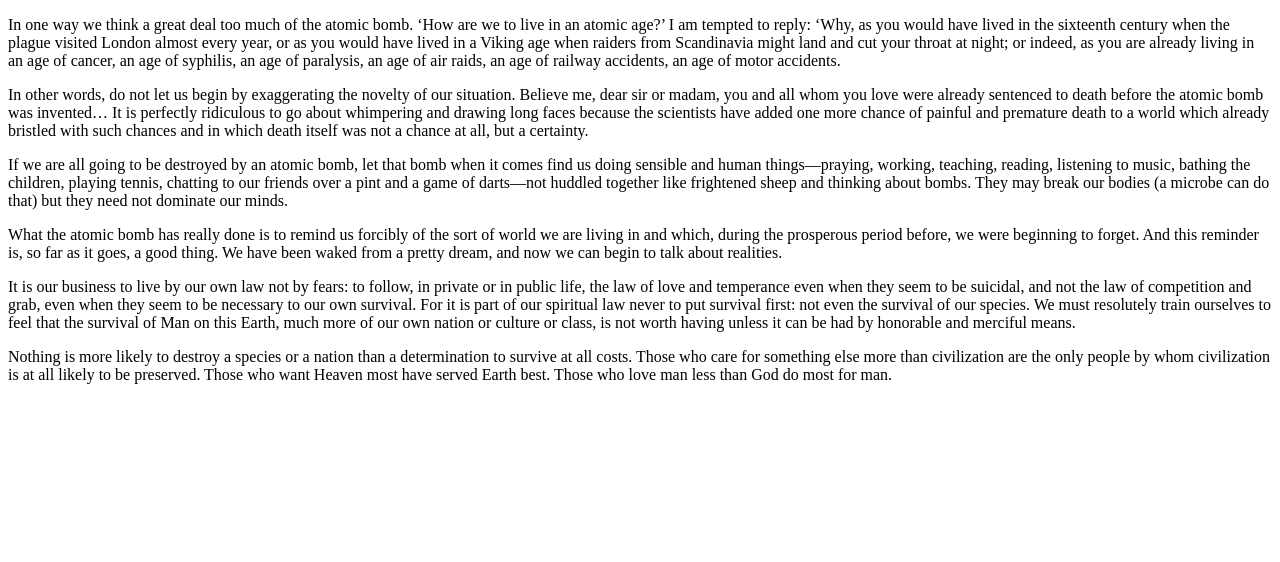
Repository: batmit/FutureFundation.github.io-1
Page: cslewis.html
These files come from the project's save history. The page is drawn as it stood at one moment and after the next save; the edit follows.
The browser window is 1280 px wide. The pictures show the whole page.

Above is the page before, as saved 2021-10-19 17:43:16.

After the next save:
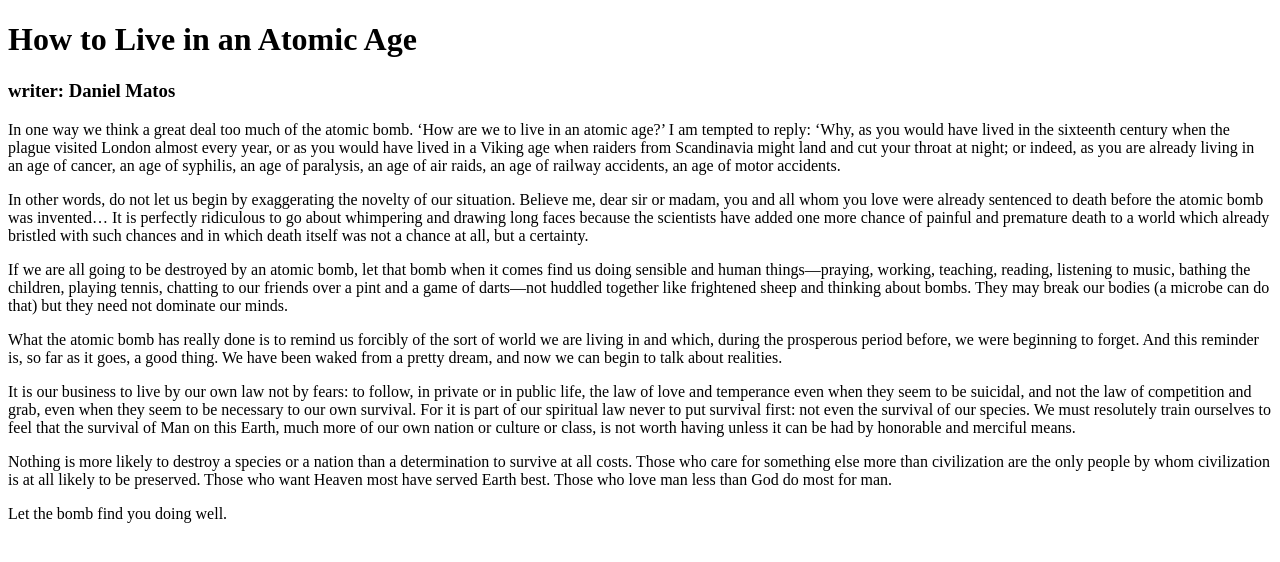
Saved 76 s later.
--- a/cslewis.html
+++ b/cslewis.html
@@ -7,21 +7,35 @@
     <title>Document</title>
 </head>
 <body>
-    <p>In one way we think a great deal too much of the atomic bomb. ‘How are we to live in an atomic age?’ I am tempted to reply: ‘Why, as you would have lived in the sixteenth century when the plague visited London almost every year, or as you would have lived in a Viking age when raiders from Scandinavia might land and cut your throat at night; or indeed, as you are already living in an age of cancer, an age of syphilis, an age of paralysis, an age of air raids, an age of railway accidents, an age of motor accidents.</p>
+
+    <div id="all">
+        <header>
+
+            <h1>How to Live in an Atomic Age</h1>
+            <h3>writer: Daniel Matos</h3>
+
+        </header>
+
+        <p>In one way we think a great deal too much of the atomic bomb. ‘How are we to live in an atomic age?’ I am tempted to reply: ‘Why, as you would have lived in the sixteenth century when the plague visited London almost every year, or as you would have lived in a Viking age when raiders from Scandinavia might land and cut your throat at night; or indeed, as you are already living in an age of cancer, an age of syphilis, an age of paralysis, an age of air raids, an age of railway accidents, an age of motor accidents.</p>
 
 
-    <p>In other words, do not let us begin by exaggerating the novelty of our situation. Believe me, dear sir or madam, you and all whom you love were already sentenced to death before the atomic bomb was invented… It is perfectly ridiculous to go about whimpering and drawing long faces because the scientists have added one more chance of painful and premature death to a world which already bristled with such chances and in which death itself was not a chance at all, but a certainty.
-    </p>
+        <p>In other words, do not let us begin by exaggerating the novelty of our situation. Believe me, dear sir or madam, you and all whom you love were already sentenced to death before the atomic bomb was invented… It is perfectly ridiculous to go about whimpering and drawing long faces because the scientists have added one more chance of painful and premature death to a world which already bristled with such chances and in which death itself was not a chance at all, but a certainty.
+        </p>
 
-    <p>If we are all going to be destroyed by an atomic bomb, let that bomb when it comes find us doing sensible and human things—praying, working, teaching, reading, listening to music, bathing the children, playing tennis, chatting to our friends over a pint and a game of darts—not huddled together like frightened sheep and thinking about bombs. They may break our bodies (a microbe can do that) but they need not dominate our minds.
-    </p>
-    <p>What the atomic bomb has really done is to remind us forcibly of the sort of world we are living in and which, during the prosperous period before, we were beginning to forget. And this reminder is, so far as it goes, a good thing. We have been waked from a pretty dream, and now we can begin to talk about realities.
-    </p>
-    <p>It is our business to live by our own law not by fears: to follow, in private or in public life, the law of love and temperance even when they seem to be suicidal, and not the law of competition and grab, even when they seem to be necessary to our own survival. For it is part of our spiritual law never to put survival first: not even the survival of our species. We must resolutely train ourselves to feel that the survival of Man on this Earth, much more of our own nation or culture or class, is not worth having unless it can be had by honorable and merciful means.
-    </p>
-    <p>Nothing is more likely to destroy a species or a nation than a determination to survive at all costs. Those who care for something else more than civilization are the only people by whom civilization is at all likely to be preserved. Those who want Heaven most have served Earth best. Those who love man less than God do most for man.
-    </p>
-    <p></p>
+        <p>If we are all going to be destroyed by an atomic bomb, let that bomb when it comes find us doing sensible and human things—praying, working, teaching, reading, listening to music, bathing the children, playing tennis, chatting to our friends over a pint and a game of darts—not huddled together like frightened sheep and thinking about bombs. They may break our bodies (a microbe can do that) but they need not dominate our minds.
+        </p>
+        <p>What the atomic bomb has really done is to remind us forcibly of the sort of world we are living in and which, during the prosperous period before, we were beginning to forget. And this reminder is, so far as it goes, a good thing. We have been waked from a pretty dream, and now we can begin to talk about realities.
+        </p>
+        <p>It is our business to live by our own law not by fears: to follow, in private or in public life, the law of love and temperance even when they seem to be suicidal, and not the law of competition and grab, even when they seem to be necessary to our own survival. For it is part of our spiritual law never to put survival first: not even the survival of our species. We must resolutely train ourselves to feel that the survival of Man on this Earth, much more of our own nation or culture or class, is not worth having unless it can be had by honorable and merciful means.
+        </p>
+        <p>Nothing is more likely to destroy a species or a nation than a determination to survive at all costs. Those who care for something else more than civilization are the only people by whom civilization is at all likely to be preserved. Those who want Heaven most have served Earth best. Those who love man less than God do most for man.
+        </p>
+        <p>Let the bomb find you doing well.</p>
+
+
+    </div>
+
+
 
 </body>
 </html>
